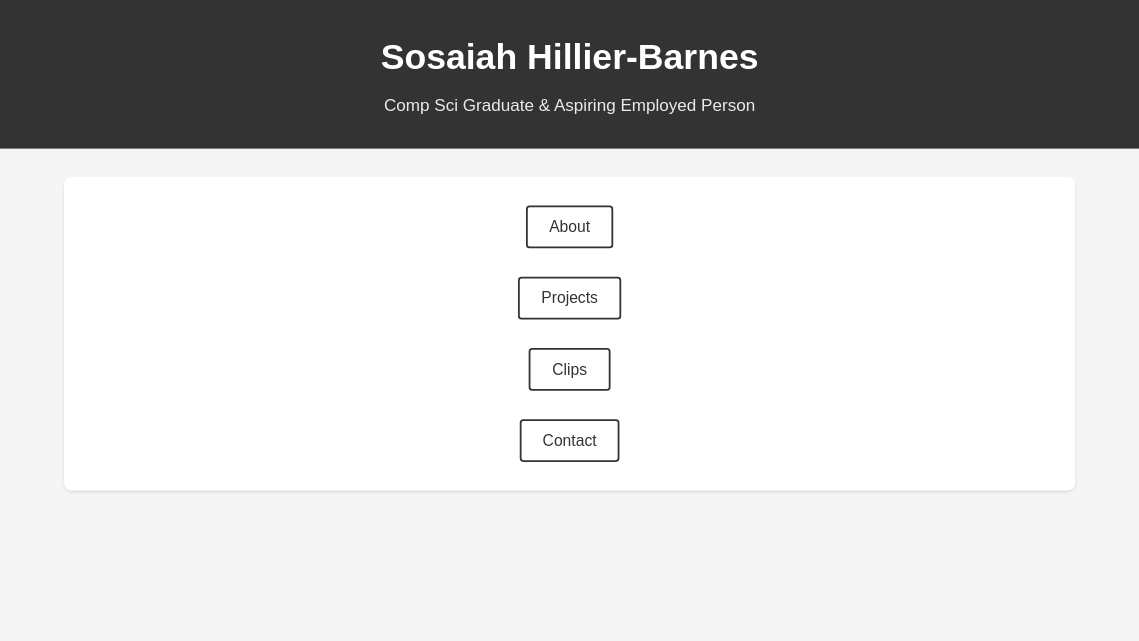
Repository: Hillier-Barnes/PortfolioWebsiteNew
Page: /
An editor plug-in stored every save of this project. The page is shown before and after the next save, followed by the edit.
The browser window is 1280 px wide. The pictures show the whole page, at 89% of full size.
The project was rebuilt for these pictures with package versions that can differ from the ones it lists, and the page was loaded fresh each time. Also part of the build but not shown: vite.config.js.

Above is the page before, as saved 2025-11-12 14:37:32.

After the next save:
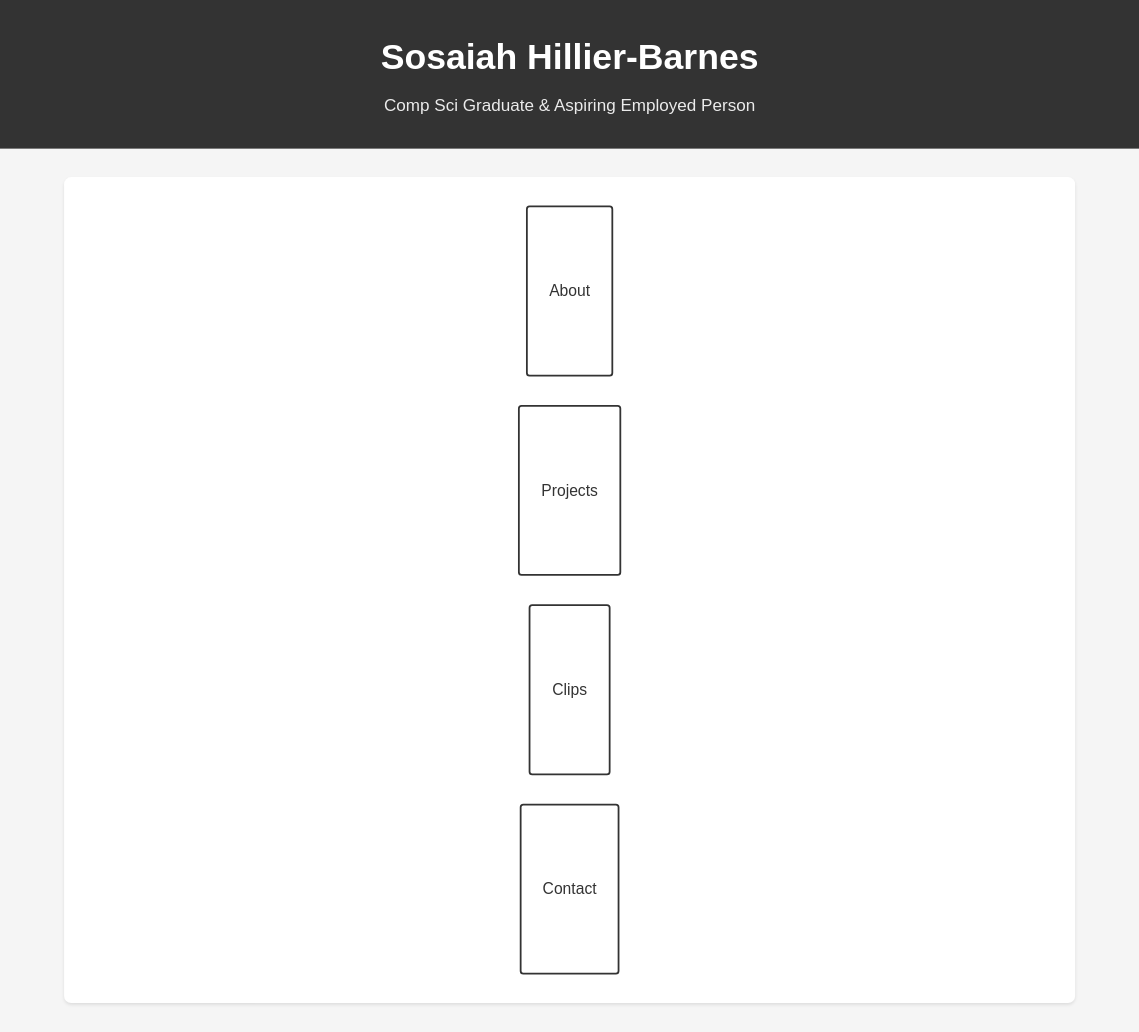
Saved 26 s later.
--- a/styles.css
+++ b/styles.css
@@ -54,7 +54,7 @@ nav a {
   color: #333;
   text-decoration: none;
   font-size: 1.1rem;
-  padding: 0.5rem 1.5rem;
+  padding: 5rem 1.5rem;
   border: 2px solid #333;
   border-radius: 4px;
   transition: all 0.3s ease;
